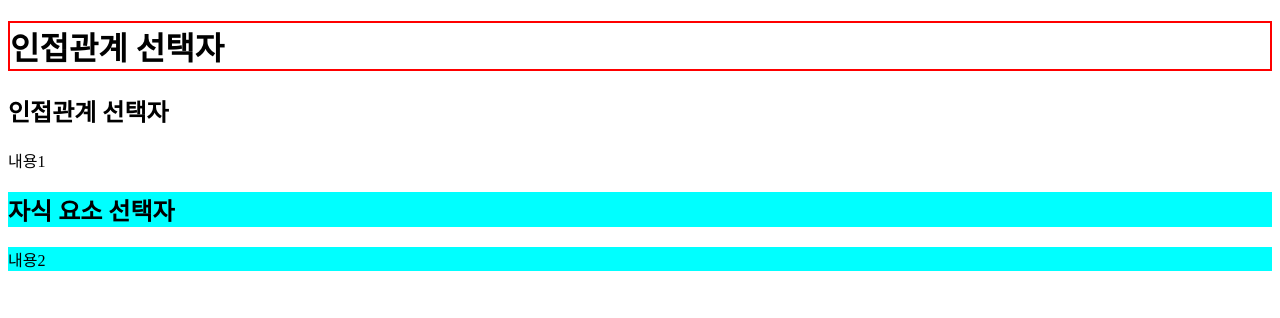
Repository: sanghui4542-ship-it/workspace_jquery
Page: jQuery/src/main/webapp/01문서객체선택자와조작법/jq_selec1_9.html
These files come from the project's save history. The page is drawn as it stood at one moment and after the next save; the edit follows.
The browser window is 1280 px wide. The pictures show the whole page.

Above is the page before, as saved 2026-07-06 03:25:34.

### jQuery/src/main/webapp/01문서객체선택자와조작법/jq_selec1_9.html
<!DOCTYPE html>
<html>
		<head>
			<meta charset="UTF-8">
			  <title>Insert title here</title>
		<!-- JQuery 문법 사용을 위한 CDN 주소  -->
		<script src="https://code.jquery.com/jquery-latest.min.js"></script>
		</head>
	<body>
		<div id="wrap">
			<h1>인접관계 선택자</h1>
			<h2>인접관계 선택자</h2>
			<p>내용1</p>
			<section>
				<h1>자식 요소 선택자</h1>
				<p>내용2</p>
			</section>
		</div>
		<script type="text/javascript">
		/*
			1. $("요소선택 > 자식요소최종선택문법")

			   해석 : 요소선택자리에 선택한 요소를 기준으로 > 기호 뒤에 작성한 자식요소 최종선택문법에서 선택한
			   		 자식요소만 최종 선택


			순서1. $("#wrap") -> <div id="wrap"></div>를 요소선택자리에서 먼저 작성해 선택해 오고
			순서2. $("#wrap") -> <div>의 자식요소들을 모두 선택해 오는데.......
			순서3. $("#wrap>h1") -> <div>의 자식요소들 중에서도 <h1></h1>자식요소들만 최종 선택해 옵니다.
		*/
		$("#wrap>h1").css("border","2px solid red");
		/*
			2. $("요소선택").children("자식요소최종선택문법")

				해석 : 요소선택 자리에서 선택한 요소를 기준으로 해서 children(...) 자식요소최종선택문법에 적은 자식요소만 최종 선택

			순서1. $("#wrap") -> <div id="wrap"></div>를 요소선택자리에서 먼저 작성해 선택해 오고
			순서2. $("#wrap").children("p") -> 먼저 선택한 부모<div>안쪽에 작성된 자식요소들 중에서 <p>내용1</p>자식요소만 최종선택
		*/

//		$("#wrap").children("p").css("background-color", "pink");

		/*
			3. $("요소선택").children()

			해석 : "요소선택" 자리에서 선택한 요소를 기준으로 children() 자식요소최종선택문법의 메소드를 호출하면
			   	  "요소선택" 자리에서 선택한 요소를 기준으로 요소 내부에 작성된 모든 자식요소를 한번에 최종 선택

		*/
		$("#wrap>section").children().css("background-color","aqua");



		</script>
	</body>
</html>

After the next save:
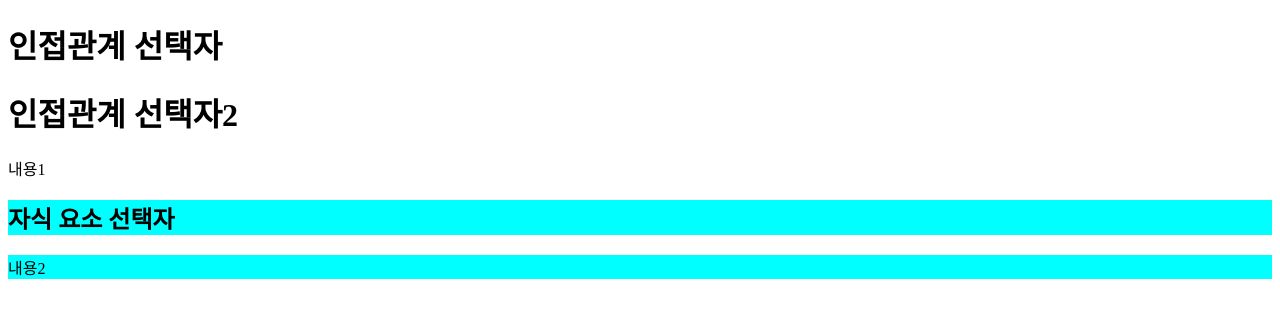
Saved 76 s later.
--- a/jQuery/src/main/webapp/01문서객체선택자와조작법/jq_selec1_9.html
+++ b/jQuery/src/main/webapp/01문서객체선택자와조작법/jq_selec1_9.html
@@ -1,15 +1,35 @@
 <!DOCTYPE html>
 <html>
-		<head>
-			<meta charset="UTF-8">
-			  <title>Insert title here</title>
-		<!-- JQuery 문법 사용을 위한 CDN 주소  -->
+	<head>
+		<meta charset="UTF-8">
+		<title>Insert title here</title>
+<!-- 주제 : 인접관계 선택자 종류 중에서  자식요소 선택자  >    children()   사용 예
+
+
+	자식요소 선택자    >       또는     children()
+
+	- 의미  : 자식요소 선택자는 선택된 요소를 기준으로  지정한 자식요소만 선택하는 선택자.
+
+	- 문법
+			1.  $("요소선택 > 자식요소선택문법")
+			해석 : 요소선택자리에서 선택한 요소를 기준으로  >기호 뒤에 적은 자식요소선택문법에서 선택한 자식요소만 최종 선택
+
+			2.  $("요소선택").children("자식요소선택문법")
+			해석 : 요소선택 자리에서 선택한 요소를 기준으로 children()자식요소선택자문법에 적은
+				  자식요소만 ~ 최종 선택
+
+		    3. $("요소선택").children()
+		        해석 : 요소선택 자리에서 선택한 요소를 기준으로 children()자식요소 선택자를 호출하면
+		              기준으로한 선택한 요소 내부에 작성된 모든 자식요소들을 선택합니다.
+
+-->
+		<!-- jQuery 문법 사용을 위한 CDN 주소 -->
 		<script src="https://code.jquery.com/jquery-latest.min.js"></script>
-		</head>
+	</head>
 	<body>
 		<div id="wrap">
 			<h1>인접관계 선택자</h1>
-			<h2>인접관계 선택자</h2>
+			<h1>인접관계 선택자2</h1>
 			<p>내용1</p>
 			<section>
 				<h1>자식 요소 선택자</h1>
@@ -17,40 +37,51 @@
 			</section>
 		</div>
 		<script type="text/javascript">
-		/*
-			1. $("요소선택 > 자식요소최종선택문법")
+			/*
+			   1.  $("요소선택 > 자식요소최종선택문법")
 
-			   해석 : 요소선택자리에 선택한 요소를 기준으로 > 기호 뒤에 작성한 자식요소 최종선택문법에서 선택한
-			   		 자식요소만 최종 선택
+			   		해석 :  요소선택자리에 선택한 요소를 기준으로  > 자식요소선택자 기호 뒤에 작성한 자식요소최종선택문법에서 선택한
+			   		       자식요소만 최종 선택
 
+			   순서1. $("#wrap")  ->  <div id="wrap"></div>를 요소선택자리에서 먼저 작성해 선택해 오고
+			   순서2. $("#wrap>")  ->  <div>의 자식요소들을 모두 선택해 오는데......
+			   순서3. $("#wrap>h1") -> <div>의 자식요소들 중에서도 <h1></h1>자식요소들만 최종 선택해 옵니다.
+			*/
+//			$("#wrap>h1").css("border","2px solid red");
 
-			순서1. $("#wrap") -> <div id="wrap"></div>를 요소선택자리에서 먼저 작성해 선택해 오고
-			순서2. $("#wrap") -> <div>의 자식요소들을 모두 선택해 오는데.......
-			순서3. $("#wrap>h1") -> <div>의 자식요소들 중에서도 <h1></h1>자식요소들만 최종 선택해 옵니다.
-		*/
-		$("#wrap>h1").css("border","2px solid red");
-		/*
-			2. $("요소선택").children("자식요소최종선택문법")
+			/*
+				2. $("요소선택").children("자식요소최종선택문법")
 
-				해석 : 요소선택 자리에서 선택한 요소를 기준으로 해서 children(...) 자식요소최종선택문법에 적은 자식요소만 최종 선택
+					해석 : 요소선택 자리에서 선택한 요소를 기준으로해서  children(...) 자식요소최종선택문법 에 적은 자식요소만 최종 선택
 
-			순서1. $("#wrap") -> <div id="wrap"></div>를 요소선택자리에서 먼저 작성해 선택해 오고
-			순서2. $("#wrap").children("p") -> 먼저 선택한 부모<div>안쪽에 작성된 자식요소들 중에서 <p>내용1</p>자식요소만 최종선택
-		*/
+			 순서1. $("#wrap")                ->  <div id="wrap"></div>를 요소선택자리에서 먼저 작성해 선택해 오고
+			 순서2. $("#wrap").children("p")  ->  먼저 선택한 부모<div>안쪽에 작성된 자식요소들 중에서 <p>내용1</p>자식요소만 최종선택
+			*/
+//			$("#wrap").children("p").css("background-color","pink");
 
-//		$("#wrap").children("p").css("background-color", "pink");
+			/*
+				3. $("요소선택").children()
 
-		/*
-			3. $("요소선택").children()
+			 	해석 : "요소선택" 자리에서 선택한 요소를 기준으로 children() 자식요소최종선택문법의 메소드를 호출하면
+			 	      "요소선택" 자리에서 선택한 요소를 기준으로 요소 내부에 작성된 모든 자식요소를 한번에 최종 선택
 
-			해석 : "요소선택" 자리에서 선택한 요소를 기준으로 children() 자식요소최종선택문법의 메소드를 호출하면
-			   	  "요소선택" 자리에서 선택한 요소를 기준으로 요소 내부에 작성된 모든 자식요소를 한번에 최종 선택
-
-		*/
-		$("#wrap>section").children().css("background-color","aqua");
-
-
+순서1. $("#wrap")         			 ->   <div id="wrap"></div>를  선택해 오고
+순서2. $("#wrap>section")  			 ->   선택한 <div id="wrap"> 내부에 작성된 <section></section>자식요소를 선택해 오며
+순서3. $("#wrap>section").children()  ->   .children() 자식선택자를 이용해 <section> 안쪽에 작성된 모든 자식 <h1>,<p>모두 최종 선택
+			*/
+			$("#wrap>section").children().css("background-color","aqua");
 
 		</script>
+<!--
+		<div id="wrap">
+			<h1>인접관계 선택자</h1>
+			<h1>인접관계 선택자2</h1>
+			<p>내용1</p>
+			<section>
+				<h1>자식 요소 선택자</h1>
+				<p>내용2</p>
+			</section>
+		</div>
+ -->
 	</body>
 </html>
